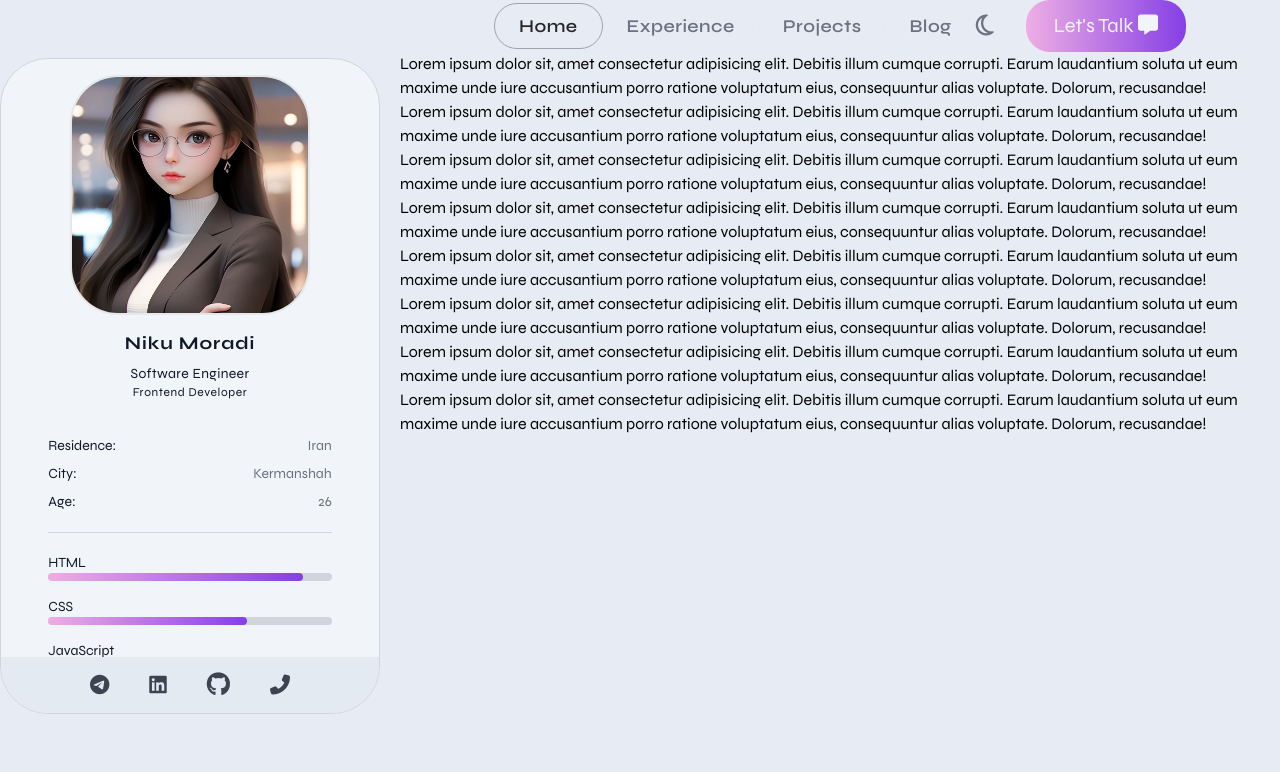
Repository: NikuMoradi/niku-moradi
Page: /
The author's editor kept a copy of each file at every save. The page is drawn from the files as they stood at one save, then again after the next save.
The browser window is 1280 px wide. The pictures show the whole page.
The project was rebuilt for these pictures with package versions that can differ from the ones it lists, and the page was loaded fresh each time. The framework's server and built-in components were replaced by stand-ins that run in the browser. Also part of the build but not shown: nuxt.config.ts, components/Blog Posts/Component-Design.vue, components/Blog.vue, components/Contact.vue, components/Education.vue, components/Experience.vue, components/Hero.vue, components/Menu.vue and 4 more.

Above is the page before, as saved 2024-12-02 17:40:46.

After the next save:
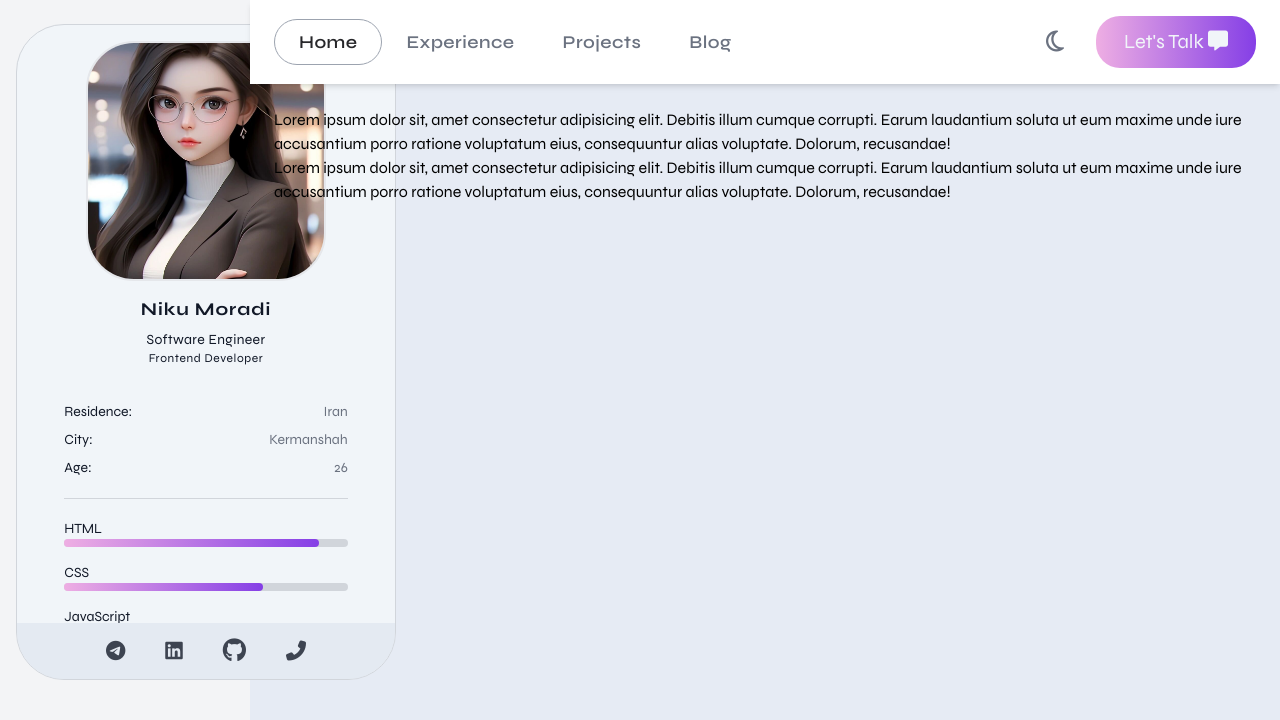
Saved 3 min 31 s later.
--- a/layouts/default.vue
+++ b/layouts/default.vue
@@ -1,18 +1,19 @@
 <template>
-  <!-- Global Container -->
-  <div
-    class="relative flex min-h-screen max-w-8xl mx-auto overflow-hidden justify-center items-center space-x-5"
-  >
-    <div class="flex-shrink-0">
-      <!-- THis Panel is always at the left side and never move up and down  -->
+  <div class="grid grid-rows-layout grid-cols-layout min-h-screen max-w-8xl">
+    <!-- Left Panel: Always fixed on the left -->
+    <aside class="bg-gray-100 h-screen px-4 py-6">
       <LeftPanel />
-    </div>
-    <div class="flex flex-col items-center">
-      <div class="sticky top-0 z-20">
-        <!-- This Navbar is always at the top and the main content scrolls behind it -->
+    </aside>
+
+    <!-- Main Area -->
+    <div class="grid grid-rows-main">
+      <!-- Navbar: Always at the top -->
+      <header class="bg-white shadow-md py-4 px-6">
         <Navbar />
-      </div>
-      <div class="min-h-screen overflow-y-auto">
+      </header>
+
+      <!-- Main Content: Scrollable -->
+      <main class="overflow-y-auto p-6">
         <p>
           Lorem ipsum dolor sit, amet consectetur adipisicing elit. Debitis
           illum cumque corrupti. Earum laudantium soluta ut eum maxime unde iure
@@ -25,53 +26,27 @@
           accusantium porro ratione voluptatum eius, consequuntur alias
           voluptate. Dolorum, recusandae!
         </p>
-        <p>
-          Lorem ipsum dolor sit, amet consectetur adipisicing elit. Debitis
-          illum cumque corrupti. Earum laudantium soluta ut eum maxime unde iure
-          accusantium porro ratione voluptatum eius, consequuntur alias
-          voluptate. Dolorum, recusandae!
-        </p>
-        <p>
-          Lorem ipsum dolor sit, amet consectetur adipisicing elit. Debitis
-          illum cumque corrupti. Earum laudantium soluta ut eum maxime unde iure
-          accusantium porro ratione voluptatum eius, consequuntur alias
-          voluptate. Dolorum, recusandae!
-        </p>
-        <p>
-          Lorem ipsum dolor sit, amet consectetur adipisicing elit. Debitis
-          illum cumque corrupti. Earum laudantium soluta ut eum maxime unde iure
-          accusantium porro ratione voluptatum eius, consequuntur alias
-          voluptate. Dolorum, recusandae!
-        </p>
-        <p>
-          Lorem ipsum dolor sit, amet consectetur adipisicing elit. Debitis
-          illum cumque corrupti. Earum laudantium soluta ut eum maxime unde iure
-          accusantium porro ratione voluptatum eius, consequuntur alias
-          voluptate. Dolorum, recusandae!
-        </p>
-        <p>
-          Lorem ipsum dolor sit, amet consectetur adipisicing elit. Debitis
-          illum cumque corrupti. Earum laudantium soluta ut eum maxime unde iure
-          accusantium porro ratione voluptatum eius, consequuntur alias
-          voluptate. Dolorum, recusandae!
-        </p>
-        <p>
-          Lorem ipsum dolor sit, amet consectetur adipisicing elit. Debitis
-          illum cumque corrupti. Earum laudantium soluta ut eum maxime unde iure
-          accusantium porro ratione voluptatum eius, consequuntur alias
-          voluptate. Dolorum, recusandae!
-        </p>
-      </div>
+        <!-- Add more content as needed -->
+      </main>
     </div>
   </div>
 </template>
 
-<script>
-export default {
-  name: "HomePage",
-};
-</script>
+<style scoped>
+/* Define a grid layout for the entire screen */
+.grid {
+  display: grid;
+}
 
-<style scoped>
-/* Optional custom styles */
+/* Layout for rows (Left Panel and Main Content) */
+.grid-rows-layout {
+  grid-template-rows: 1fr;
+  grid-template-columns: 250px 1fr; /* Left panel: 250px, main: flexible */
+}
+
+/* Sub-layout for Main Area (Navbar and Main Content) */
+.grid-rows-main {
+  display: grid;
+  grid-template-rows: auto 1fr; /* Navbar: auto height, Content: scrollable */
+}
 </style>
